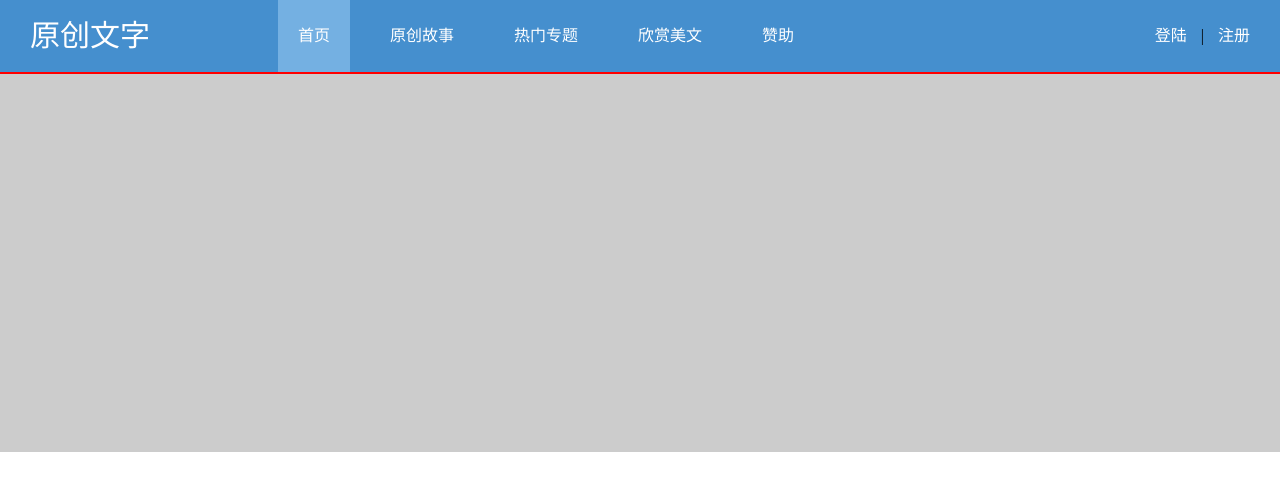
Repository: equation-zheng/Article
Page: http://localhost/Idles/
An editor plug-in stored every save of this project. The page is shown before and after the next save, followed by the edit.
The browser window is 1280 px wide. The pictures show the whole page.
The page is served by Tomcat 9. Other server files are loaded and not shown.

Above is the page before, as saved 2017-12-06 02:01:27.

### Service/apache-tomcat-7.0.82/Idles/WebContent/index.jsp
<?xml version="1.0" encoding="UTF-8" ?>
<%@ page language="java" contentType="text/html; charset=UTF-8"
    pageEncoding="UTF-8"%>
<!DOCTYPE html PUBLIC "-//W3C//DTD XHTML 1.0 Transitional//EN" "http://www.w3.org/TR/xhtml1/DTD/xhtml1-transitional.dtd">
<html xmlns="http://www.w3.org/1999/xhtml">
<head>
<meta http-equiv="Content-Type" content="text/html; charset=UTF-8" />
<title>首页</title>
</head>
<style>
	* {
		margin: 0;
		padding: 0;
		font-family: "微软雅黑";
	}
	ul li {
		list-style: none;
	}
	.header {
		height: 72px;
		background: #458fce;
	}
	.header .logo {
		color: #fff;
		line-height: 72px;
		font-size: 30px;
		margin-left: 30px;
		display: inline-block;
		font-weight: 500;
		float: left;
	}
	.header ul .first {
		margin-left: 10%;
		background: #74b0e2;
	}
	.header ul li {
		float: left;
		line-height: 72px;
		margin-left: 20px;
		padding: 0 20px 0 20px;
		color: #fff;

	}
	.header ul li:hover{
		background: #74b0e2;
		color: #D6E1CC;
	}
	.header .login {
		margin-right: 20px;
		float: right;
	}
	.header .login a {
		line-height: 72px;
		color: #fff;
		padding: 0 10px 0 10px;
		display: inline-block;
		text-decoration: none;
	}
	.header .login span a:hover {
		background: #74b0e2;
		color: #D6E1CC;
	}
	.banner {
		height: 380px;
		overflow: hidden;
		background: #ccc;
	}
	.banner ul {
		width: 1024*5px;
	}
	.banner ul li {
		border: solid 1px red;
	}
</style>
<body>
	<div class="header">
	<div class='logo'>原创文字</div>
		<ul>
			<li class='first'>首页</li>
			<li>原创故事</li>
			<li>热门专题</li>
			<li>欣赏美文</li>
			<li>赞助</li>
		</ul>
		<div class='login'>
			<span><a href="javascript:void(0)">登陆</a></span>
			<span>|</span>
			<span><a href="javascript:void(0)">注册</a></span>
		</div>
	</div>
	<div class="banner">
		<ul>
			<li></li>
		</ul>
	</div>
</body>
</html>

After the next save:
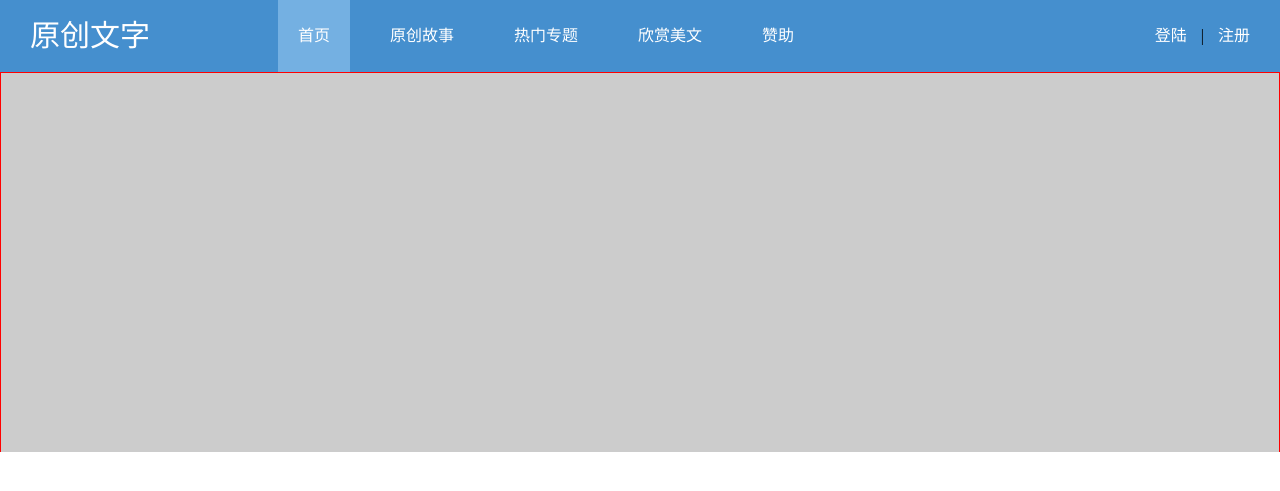
Saved 21 s later.
--- a/Service/apache-tomcat-7.0.82/Idles/WebContent/index.jsp
+++ b/Service/apache-tomcat-7.0.82/Idles/WebContent/index.jsp
@@ -66,9 +66,11 @@
 		background: #ccc;
 	}
 	.banner ul {
+	height: 380px;
 		width: 1024*5px;
 	}
 	.banner ul li {
+	height: 380px;
 		border: solid 1px red;
 	}
 </style>
